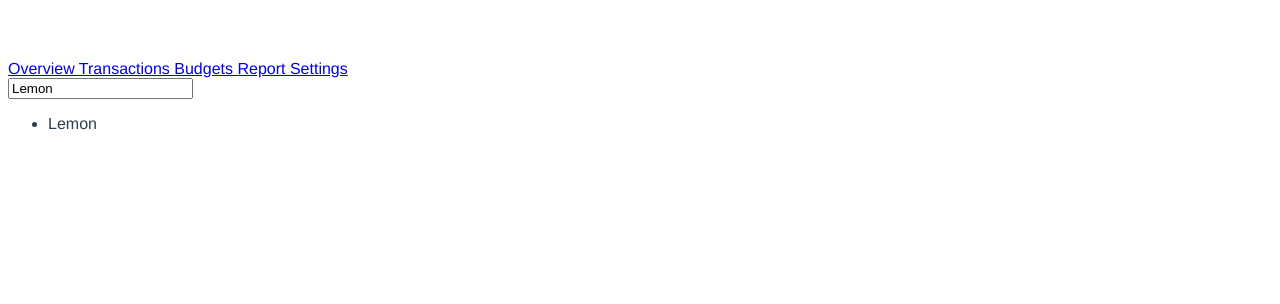
Repository: bxTruong/project7-jsonserver-router
Page: /
The author's editor kept a copy of each file at every save. The page is drawn from the files as they stood at one save, then again after the next save.
The browser window is 1280 px wide. The pictures show the whole page.
The project was rebuilt for these pictures with package versions that can differ from the ones it lists, and the page was loaded fresh each time. Also part of the build but not shown: vue.config.js, src/pages/transactions.vue, src/pages/transaction-detail.vue, src/pages/not-found.vue.

Above is the page before, as saved 2023-01-04 17:11:13.

After the next save:
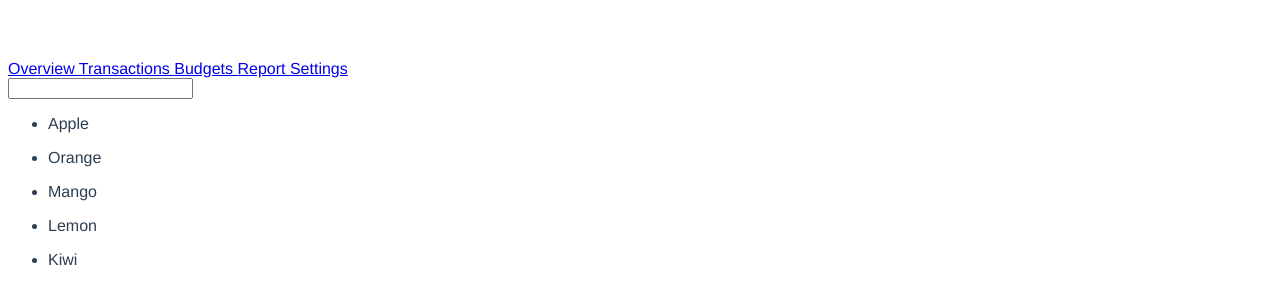
Saved 8 s later.
--- a/src/pages/home.vue
+++ b/src/pages/home.vue
@@ -44,7 +44,7 @@ export default {
     // }
 
     setup(){
-        const searchText = ref("Lemon");
+        const searchText = ref("");
         let fruits = reactive(["Apple","Orange","Mango","Lemon","Kiwi"]);
         const fruitSelected = computed(()=> fruits.filter((e)=>e.includes(searchText.value)));
         return {fruits, searchText, fruitSelected}
